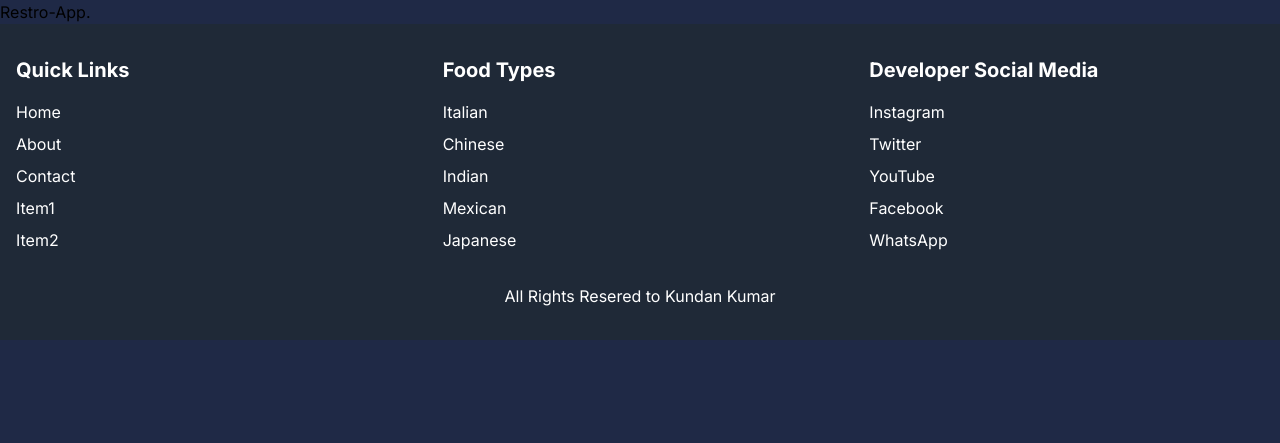
Repository: its-kundan/food-on-time
Page: /
These files come from the project's save history. The page is drawn as it stood at one moment and after a run of saves; the edit follows.
The browser window is 1280 px wide. The pictures show the whole page.
The project was rebuilt for these pictures with package versions that can differ from the ones it lists, and the page was loaded fresh each time. The framework's server and built-in components were replaced by stand-ins that run in the browser. Also part of the build but not shown: next.config.mjs.

Above is the page before, as saved 2024-07-25 08:55:14.

After the next 6 saves:
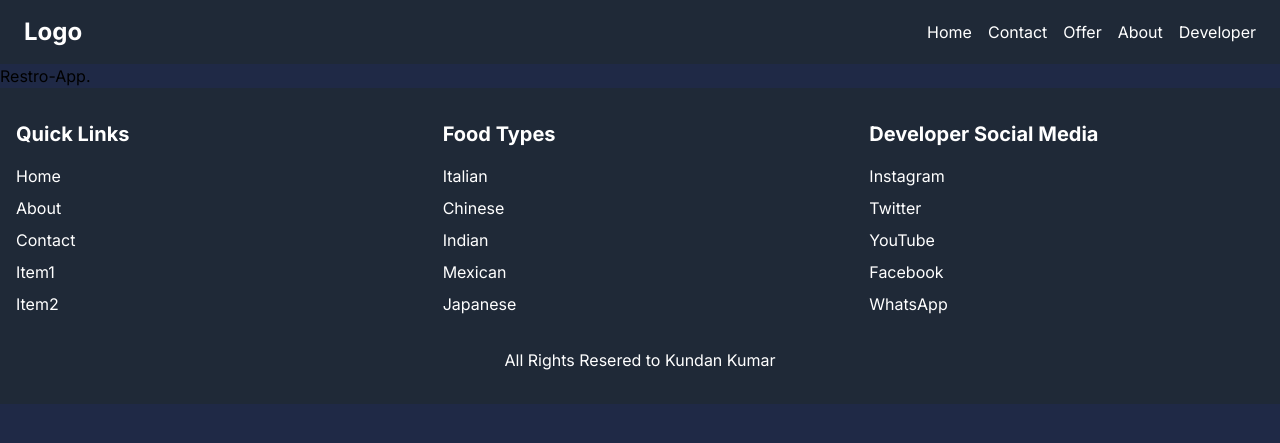
The 6 saves are shown as one change because 2 did not build or start and some came seconds apart.
The last was saved 35 s later.
--- a/src/app/page.js
+++ b/src/app/page.js
@@ -1,9 +1,11 @@
 import Image from "next/image";
 import Footer from "./_components/Footer";
+import Header from "./_components/Header";
 
 export default function Home() {
   return (
    <main className="bg-grey-800">
+    <Header/>
     Restro-App.
     <Footer/>
 
